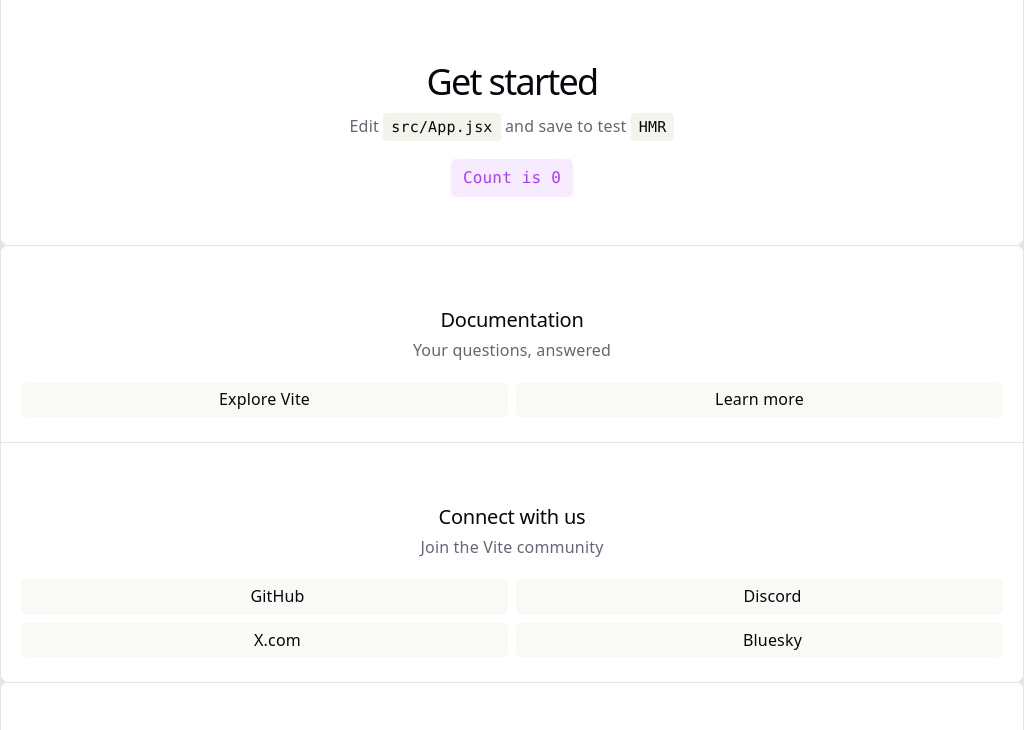
Repository: diptods/DevFixx
Page: / (app in client/)
These files come from the project's save history. The page is drawn as it stood at one moment and after the next save; the edit follows.
The browser window is 1024 px wide. The pictures show the whole page.
The project was rebuilt for these pictures with package versions that can differ from the ones it lists, and the page was loaded fresh each time. Also part of the build but not shown: client/vite.config.js.

Above is the page before, as saved 2026-06-12 12:27:49.

### client/index.html
<!doctype html>
<html lang="en">
  <head>
    <meta charset="UTF-8" />
    <link rel="icon" type="image/svg+xml" href="/favicon.svg" />
    <meta name="viewport" content="width=device-width, initial-scale=1.0" />
    <title>client</title>
  </head>
  <body>
    <div id="root"></div>
    <script type="module" src="/src/main.jsx"></script>
  </body>
</html>

### client/src/index.css
@import "tailwindcss";
:root {
  --text: #6b6375;
  --text-h: #08060d;
  --bg: #fff;
  --border: #e5e4e7;
  --code-bg: #f4f3ec;
  --accent: #aa3bff;
  --accent-bg: rgba(170, 59, 255, 0.1);
  --accent-border: rgba(170, 59, 255, 0.5);
  --social-bg: rgba(244, 243, 236, 0.5);
  --shadow:
    rgba(0, 0, 0, 0.1) 0 10px 15px -3px, rgba(0, 0, 0, 0.05) 0 4px 6px -2px;

  --sans: system-ui, 'Segoe UI', Roboto, sans-serif;
  --heading: system-ui, 'Segoe UI', Roboto, sans-serif;
  --mono: ui-monospace, Consolas, monospace;

  font: 18px/145% var(--sans);
  letter-spacing: 0.18px;
  color-scheme: light dark;
  color: var(--text);
  background: var(--bg);
  font-synthesis: none;
  text-rendering: optimizeLegibility;
  -webkit-font-smoothing: antialiased;
  -moz-osx-font-smoothing: grayscale;

  @media (max-width: 1024px) {
    font-size: 16px;
  }
}

@media (prefers-color-scheme: dark) {
  :root {
    --text: #9ca3af;
    --text-h: #f3f4f6;
    --bg: #16171d;
    --border: #2e303a;
    --code-bg: #1f2028;
    --accent: #c084fc;
    --accent-bg: rgba(192, 132, 252, 0.15);
    --accent-border: rgba(192, 132, 252, 0.5);
    --social-bg: rgba(47, 48, 58, 0.5);
    --shadow:
      rgba(0, 0, 0, 0.4) 0 10px 15px -3px, rgba(0, 0, 0, 0.25) 0 4px 6px -2px;
  }

  #social .button-icon {
    filter: invert(1) brightness(2);
  }
}

body {
  margin: 0;
}

#root {
  width: 1126px;
  max-width: 100%;
  margin: 0 auto;
  text-align: center;
  border-inline: 1px solid var(--border);
  min-height: 100svh;
  display: flex;
  flex-direction: column;
  box-sizing: border-box;
}

h1,
h2 {
  font-family: var(--heading);
  font-weight: 500;
  color: var(--text-h);
}

h1 {
  font-size: 56px;
  letter-spacing: -1.68px;
  margin: 32px 0;
  @media (max-width: 1024px) {
    font-size: 36px;
    margin: 20px 0;
  }
}
h2 {
  font-size: 24px;
  line-height: 118%;
  letter-spacing: -0.24px;
  margin: 0 0 8px;
  @media (max-width: 1024px) {
    font-size: 20px;
  }
}
p {
  margin: 0;
}

code,
.counter {
  font-family: var(--mono);
  display: inline-flex;
  border-radius: 4px;
  color: var(--text-h);
}

code {
  font-size: 15px;
  line-height: 135%;
  padding: 4px 8px;
  background: var(--code-bg);
}

### client/src/App.jsx
import { useState } from 'react'

import './App.css'

function App() {
  const [count, setCount] = useState(0)

  return (
    <>
      <section id="center">
        <div className="hero">

        </div>
        <div>
          <h1>Get started</h1>
          <p>
            Edit <code>src/App.jsx</code> and save to test <code>HMR</code>
          </p>
        </div>
        <button
          type="button"
          className="counter"
          onClick={() => setCount((count) => count + 1)}
        >
          Count is {count}
        </button>
      </section>

      <div className="ticks"></div>

      <section id="next-steps">
        <div id="docs">
          <svg className="icon" role="presentation" aria-hidden="true">
            <use href="/icons.svg#documentation-icon"></use>
          </svg>
          <h2>Documentation</h2>
          <p>Your questions, answered</p>
          <ul>
            <li>
              <a href="https://vite.dev/" target="_blank">

                Explore Vite
              </a>
            </li>
            <li>
              <a href="https://react.dev/" target="_blank">

                Learn more
              </a>
            </li>
          </ul>
        </div>
        <div id="social">
          <svg className="icon" role="presentation" aria-hidden="true">
            <use href="/icons.svg#social-icon"></use>
          </svg>
          <h2>Connect with us</h2>
          <p>Join the Vite community</p>
          <ul>
            <li>
              <a href="https://github.com/vitejs/vite" target="_blank">
                <svg
                  className="button-icon"
                  role="presentation"
                  aria-hidden="true"
                >
                  <use href="/icons.svg#github-icon"></use>
                </svg>
                GitHub
              </a>
            </li>
            <li>
              <a href="https://chat.vite.dev/" target="_blank">
                <svg
                  className="button-icon"
                  role="presentation"
                  aria-hidden="true"
                >
                  <use href="/icons.svg#discord-icon"></use>
                </svg>
                Discord
              </a>
            </li>
            <li>
              <a href="https://x.com/vite_js" target="_blank">
                <svg
                  className="button-icon"
                  role="presentation"
                  aria-hidden="true"
                >
                  <use href="/icons.svg#x-icon"></use>
                </svg>
                X.com
              </a>
            </li>
            <li>
              <a href="https://bsky.app/profile/vite.dev" target="_blank">
                <svg
                  className="button-icon"
                  role="presentation"
                  aria-hidden="true"
                >
                  <use href="/icons.svg#bluesky-icon"></use>
                </svg>
                Bluesky
              </a>
            </li>
          </ul>
        </div>
      </section>

      <div className="ticks"></div>
      <section id="spacer"></section>
    </>
  )
}

export default App

### client/src/App.css
.counter {
  font-size: 16px;
  padding: 5px 10px;
  border-radius: 5px;
  color: var(--accent);
  background: var(--accent-bg);
  border: 2px solid transparent;
  transition: border-color 0.3s;
  margin-bottom: 24px;

  &:hover {
    border-color: var(--accent-border);
  }
  &:focus-visible {
    outline: 2px solid var(--accent);
    outline-offset: 2px;
  }
}

.hero {
  position: relative;

  .base,
  .framework,
  .vite {
    inset-inline: 0;
    margin: 0 auto;
  }

  .base {
    width: 170px;
    position: relative;
    z-index: 0;
  }

  .framework,
  .vite {
    position: absolute;
  }

  .framework {
    z-index: 1;
    top: 34px;
    height: 28px;
    transform: perspective(2000px) rotateZ(300deg) rotateX(44deg) rotateY(39deg)
      scale(1.4);
  }

  .vite {
    z-index: 0;
    top: 107px;
    height: 26px;
    width: auto;
    transform: perspective(2000px) rotateZ(300deg) rotateX(40deg) rotateY(39deg)
      scale(0.8);
  }
}

#center {
  display: flex;
  flex-direction: column;
  gap: 25px;
  place-content: center;
  place-items: center;
  flex-grow: 1;

  @media (max-width: 1024px) {
    padding: 32px 20px 24px;
    gap: 18px;
  }
}

#next-steps {
  display: flex;
  border-top: 1px solid var(--border);
  text-align: left;

  & > div {
    flex: 1 1 0;
    padding: 32px;
    @media (max-width: 1024px) {
      padding: 24px 20px;
    }
  }

  .icon {
    margin-bottom: 16px;
    width: 22px;
    height: 22px;
  }

  @media (max-width: 1024px) {
    flex-direction: column;
    text-align: center;
  }
}

#docs {
  border-right: 1px solid var(--border);

  @media (max-width: 1024px) {
    border-right: none;
    border-bottom: 1px solid var(--border);
  }
}

#next-steps ul {
  list-style: none;
  padding: 0;
  display: flex;
  gap: 8px;
  margin: 32px 0 0;

  .logo {
    height: 18px;
  }

  a {
    color: var(--text-h);
    font-size: 16px;
    border-radius: 6px;
    background: var(--social-bg);
    display: flex;
    padding: 6px 12px;
    align-items: center;
    gap: 8px;
    text-decoration: none;
    transition: box-shadow 0.3s;

    &:hover {
      box-shadow: var(--shadow);
    }
    .button-icon {
      height: 18px;
      width: 18px;
    }
  }

  @media (max-width: 1024px) {
    margin-top: 20px;
    flex-wrap: wrap;
    justify-content: center;

    li {
      flex: 1 1 calc(50% - 8px);
    }

    a {
      width: 100%;
      justify-content: center;
      box-sizing: border-box;
    }
  }
}

#spacer {
  height: 88px;
  border-top: 1px solid var(--border);
  @media (max-width: 1024px) {
    height: 48px;
  }
}

.ticks {
  position: relative;
  width: 100%;

  &::before,
  &::after {
    content: '';
    position: absolute;
    top: -4.5px;
    border: 5px solid transparent;
  }

  &::before {
    left: 0;
    border-left-color: var(--border);
  }
  &::after {
    right: 0;
    border-right-color: var(--border);
  }
}

Loaded but not shown: client/src/main.jsx (common file)

After the next save:
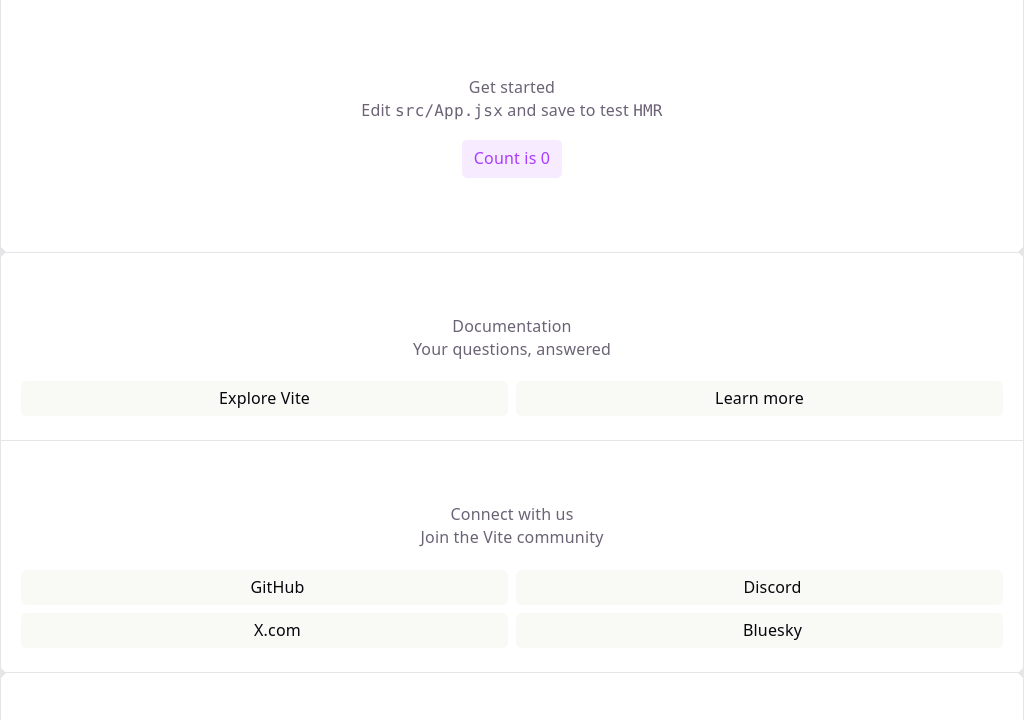
Saved 22 s later.
--- a/client/src/index.css
+++ b/client/src/index.css
@@ -66,47 +66,3 @@
   flex-direction: column;
   box-sizing: border-box;
 }
-
-h1,
-h2 {
-  font-family: var(--heading);
-  font-weight: 500;
-  color: var(--text-h);
-}
-
-h1 {
-  font-size: 56px;
-  letter-spacing: -1.68px;
-  margin: 32px 0;
-  @media (max-width: 1024px) {
-    font-size: 36px;
-    margin: 20px 0;
-  }
-}
-h2 {
-  font-size: 24px;
-  line-height: 118%;
-  letter-spacing: -0.24px;
-  margin: 0 0 8px;
-  @media (max-width: 1024px) {
-    font-size: 20px;
-  }
-}
-p {
-  margin: 0;
-}
-
-code,
-.counter {
-  font-family: var(--mono);
-  display: inline-flex;
-  border-radius: 4px;
-  color: var(--text-h);
-}
-
-code {
-  font-size: 15px;
-  line-height: 135%;
-  padding: 4px 8px;
-  background: var(--code-bg);
-}
